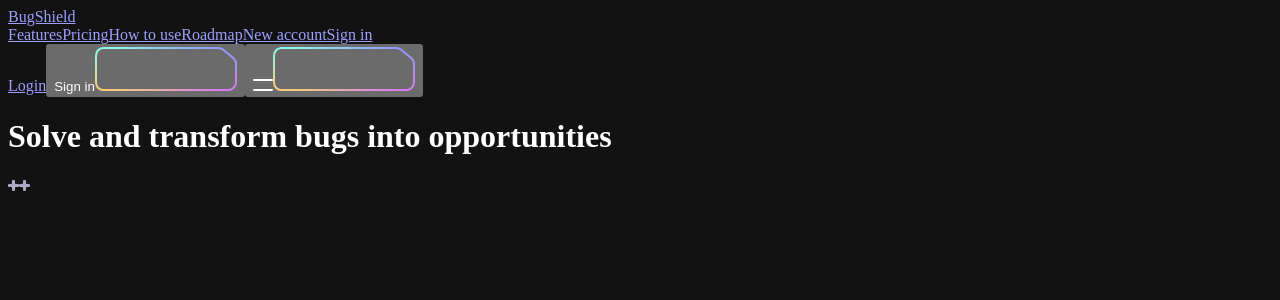
Repository: Bugbaunty/bug_bounty
Page: / (app in src/bug_bounty_frontend/)
An editor plug-in stored every save of this project. The page is shown before and after the next save, followed by the edit.
The browser window is 1280 px wide. The pictures show the whole page.
The project was rebuilt for these pictures with package versions that can differ from the ones it lists, and the page was loaded fresh each time.

Above is the page before, as saved 2024-04-28 14:40:57.

### src/bug_bounty_frontend/index.html
<!DOCTYPE html>
<html lang="en">
  <head>
    <meta charset="UTF-8" />
    <meta name="viewport" content="width=device-width" />
    <title>Bug Shield</title>
    <base href="/" />
    <link rel="icon" href="/favicon.ico" />
  </head>

  <body>
    <div id="root"></div>
    <script type="module" src="/src/main.tsx"></script>
  </body>
</html>

### src/bug_bounty_frontend/src/main.tsx
import React from "react";
import ReactDOM from "react-dom/client";
import App from "./App";
import "./index.scss";
import { BrowserRouter as Router } from "react-router-dom";

ReactDOM.createRoot(document.getElementById("root")).render(
  <React.StrictMode>
    <Router>
      <App />
    </Router>
  </React.StrictMode>
);

### src/bug_bounty_frontend/src/App.tsx
import { useState } from "react";
import React from "react";
import Button from "./components/utils/Button";
import ButtonGradient from "./assets/svg/ButtonGradient";
import Header from "./components/Header";
import Hero from "./components/landingPageSection/Hero";

function App() {
  const [greeting, setGreeting] = useState("");

  return (
    <div>
      <div className="pt-[4.75rem] lg:pt-[5.25rem]">
        <Header />
        <Hero />
      </div>
      <ButtonGradient />
    </div>
  );
}

export default App;

### src/bug_bounty_frontend/src/index.scss
@import url("https://fonts.googleapis.com/css2?family=Sora:wght@300;400;600&display=swap");
@import url("https://fonts.googleapis.com/css2?family=Source+Code+Pro:wght@400;600;700&display=swap");
@import url("https://fonts.googleapis.com/css2?family=Space+Grotesk:wght@300&display=swap");

@tailwind base;
@tailwind components;
@tailwind utilities;

:root {
  --font-sora: "Sora", sans-serif;
  --font-code: "Source Code Pro", monospace;
  --font-grotesk: "Space Grotesk", sans-serif;
  color-scheme: dark;
}

* {
  scroll-behavior: smooth;
  box-sizing: border-box;
}

@layer base {
  body {
    @apply font-sans bg-n-8 text-n-1 text-base;
  }
}

.rotate-45 {
  @apply rotate-[45deg];
}

.rotate-90 {
  @apply rotate-[90deg];
}

.rotate-135 {
  @apply rotate-[135deg];
}

.rotate-180 {
  @apply rotate-[180deg];
}

.rotate-225 {
  @apply rotate-[225deg];
}

.rotate-270 {
  @apply rotate-[270deg];
}

.rotate-315 {
  @apply rotate-[315deg];
}

.rotate-360 {
  @apply rotate-[360deg];
}

.-rotate-45 {
  @apply rotate-[-45deg];
}

.-rotate-90 {
  @apply rotate-[-90deg];
}

.-rotate-135 {
  @apply rotate-[-135deg];
}

.-rotate-180 {
  @apply rotate-[-180deg];
}

.-rotate-225 {
  @apply rotate-[-225deg];
}

.-rotate-270 {
  @apply rotate-[-270deg];
}

.-rotate-315 {
  @apply rotate-[-315deg];
}

.-rotate-360 {
  @apply rotate-[-360deg];
}

### src/bug_bounty_frontend/src/assets/svg/ButtonGradient.jsx
const ButtonGradient = () => {
  return (
    <svg className="block" width={0} height={0}>
      <defs>
        <linearGradient id="btn-left" x1="50%" x2="50%" y1="0%" y2="100%">
          <stop offset="0%" stopColor="#89F9E8" />
          <stop offset="100%" stopColor="#FACB7B" />
        </linearGradient>
        <linearGradient id="btn-top" x1="100%" x2="0%" y1="50%" y2="50%">
          <stop offset="0%" stopColor="#D87CEE" />
          <stop offset="100%" stopColor="#FACB7B" />
        </linearGradient>
        <linearGradient id="btn-bottom" x1="100%" x2="0%" y1="50%" y2="50%">
          <stop offset="0%" stopColor="#9099FC" />
          <stop offset="100%" stopColor="#89F9E8" />
        </linearGradient>
        <linearGradient
          id="btn-right"
          x1="14.635%"
          x2="14.635%"
          y1="0%"
          y2="100%"
        >
          <stop offset="0%" stopColor="#9099FC" />
          <stop offset="100%" stopColor="#D87CEE" />
        </linearGradient>
      </defs>
    </svg>
  );
};

export default ButtonGradient;

### src/bug_bounty_frontend/src/components/Header.tsx
import React, { useState } from "react";
import { navigation } from "../constants/index";
import { useLocation } from "react-router-dom";
import Button from "./utils/Button";
import MenuSvg from "../assets/svg/MenuSvg";
import { HamburgerMenu } from "./design/Header";
import { disablePageScroll, enablePageScroll } from "scroll-lock";

const Header = () => {
  const pathname = useLocation();
  const [openNavigation, setOpenNavigation] = useState<boolean>(false);
  const toggleNavigation = () => {
    if (openNavigation) {
      setOpenNavigation(false);
      enablePageScroll();
    } else {
      setOpenNavigation(true);
      disablePageScroll();
    }
  };

  const handleClick = () => {
    if (!openNavigation) return;
    enablePageScroll();
    setOpenNavigation(false);
  };
  return (
    <div
      className={`fixed top-0 left-0 w-full z-50  border-b border-n-6 ${
        openNavigation ? "bg-n-8" : "bg-n-8/90 backdrop-blur-sm"
      }  `}
    >
      <div className="flex  items-center py-5 px-5 lg:px-7.5 xl:px-10 max-lg:py-4">
        <a className="block w-[12rem] font-extrabold xl:mr-8" href="#hero">
          BugShield
        </a>
        <nav
          className={` ${
            openNavigation ? "flex" : "hidden"
          }  fixed top-[5rem] left-0 right-0 bottom-0 bg-n-8 lg:static lg:flex lg:mx-auto lg:bg-transparent `}
        >
          <div
            className={`relative z-2 flex ${
              openNavigation && "gap-[5rem] mt-4 w-full"
            } flex-col items-center justify-center m-auto lg:flex-row`}
          >
            {navigation.map((item) => (
              <a
                className={`block relative font-code text-sm lg:font-semibold  text-color-7 hover:text-n-1 transition-colors ${
                  item.onlyMobile ? "lg:hidden" : ""
                } px-6  lg:mr-0.25 lg:text-xs ${
                  item.url === pathname.hash
                    ? "z-2 lg:text-n-1"
                    : "lg:text-n-1/50"
                } lg:leading-5 `}
                key={item.id}
                href={item.url}
                onClick={() => handleClick()}
              >
                {item.title}
              </a>
            ))}
          </div>
          <HamburgerMenu />
        </nav>
        <a
          href="#signup"
          className="button hidden mr-8 text-color-7 transistion-colors hover:text-n-1 lg:block"
        >
          Login
        </a>
        <Button className="hidden lg:flex " href="#login" white="">
          Sign in
        </Button>

        <Button
          onClick={toggleNavigation}
          className="ml-auto lg:hidden"
          px="px-3"
        >
          <MenuSvg openNavigation={openNavigation} />
        </Button>
      </div>
    </div>
  );
};

export default Header;

### src/bug_bounty_frontend/src/components/landingPageSection/Hero.tsx
import React from "react";
import Section from "./Section";

const Hero = () => {
  return (
    <Section
      className="pt-12rem -mt-[5.25]"
      crosses
      crossesOffset="lg:translate-y-[5.25rem]"
      customPaddings
      id="hero"
    >
      <div className="container relative">
        <div className="relative  z-1 max-w-[62rem] mx-auto text-center md:mb-0 lg:mb-[6rem]">
          <h1 className="h3 mb-6 text-center">
            Solve and transform bugs into opportunities
          </h1>
        </div>
      </div>
    </Section>
  );
};

export default Hero;

### src/bug_bounty_frontend/src/components/utils/Button.tsx
import React from "react";
import ButtonSvg from "../../assets/svg/ButtonSvg";

interface Props {
  className?: string;
  onClick?: () => any;
  href?: string;
  children?: any;
  px?: string;
  white?: string;
}

const Button = ({ className, href, onClick, children, px, white }: Props) => {
  const classes = ` button relative inline-flex items-center
    justify-center h-11 transition-colors text-color-7 ${
      px || "px-7"
    } hover:text-n-1 ${className || ""}`;

  const spanClasses = "relative z-10";
  const renderButton = () => (
    <button onClick={onClick} className={classes}>
      <span className={spanClasses}>{children}</span>
      {ButtonSvg(white)}
    </button>
  );

  return renderButton();
};

export default Button;

### src/bug_bounty_frontend/src/components/design/Header.tsx
import { background } from "../../assets";

export const Rings = () => {
  return (
    <div className="absolute top-1/2 left-1/2 w-[51.375rem] aspect-square border border-n-2/10 rounded-full -translate-x-1/2 -translate-y-1/2">
      <div className="absolute top-1/2 left-1/2 w-[36.125rem] aspect-square border border-n-2/10 rounded-full -translate-x-1/2 -translate-y-1/2"></div>
      <div className="absolute top-1/2 left-1/2 w-[23.125rem] aspect-square border border-n-2/10 rounded-full -translate-x-1/2 -translate-y-1/2"></div>
    </div>
  );
};

export const SideLines = () => {
  return (
    <>
      <div className="absolute top-0 left-5 w-0.25 h-full bg-n-6"></div>
      <div className="absolute top-0 right-5 w-0.25 h-full bg-n-6"></div>
    </>
  );
};

export const BackgroundCircles = () => {
  return (
    <>
      <div className="absolute top-[4.4rem] left-16 w-3 h-3 bg-gradient-to-b from-[#DD734F] to-[#1A1A32] rounded-full"></div>
      <div className="absolute top-[12.6rem] right-16 w-3 h-3 bg-gradient-to-b from-[#B9AEDF] to-[#1A1A32] rounded-full"></div>
      <div className="absolute top-[26.8rem] left-12 w-6 h-6 bg-gradient-to-b from-[#88E5BE] to-[#1A1A32] rounded-full"></div>
    </>
  );
};

export const HamburgerMenu = () => {
  return (
    <div className="absolute inset-0 pointer-events-none lg:hidden">
      <div className="absolute inset-0 opacity-[.03]">
        {/* <img
          className="w-full h-full object-cover"
          src={background}
          width={688}
          height={953}
          alt="Background"
        /> */}
      </div>

      <Rings />

      <SideLines />

      <BackgroundCircles />
    </div>
  );
};

### src/bug_bounty_frontend/src/components/landingPageSection/Section.tsx
import React from "react";
import SectionSvg from "../../assets/svg/SectionSvg";

type props = {
  className?: any;
  id?: any;
  crosses?: any;
  crossesOffset?: any;
  customPaddings?: any;
  children?: any;
};

const Section = ({
  className,
  id,
  crosses,
  crossesOffset,
  customPaddings,
  children,
}: props) => {
  return (
    <div
      id={id}
      className={`relative ${
        customPaddings ||
        `py-10 lg:py-16 xl:py-20 ${crosses ? `lg:py-32 xl:py-40` : ``} ${
          className || ""
        } `
      }`}
    >
      {children}
      <div className="hidden absolute left-5 top-0 w-0 25 h-full bg-stroke-1 pointer-events-none md:block lg:left-7.5 xl:left-10"></div>
      <div className="hidden absolute left-5 top-0 w-0 25 h-full bg-stroke-1 pointer-events-none md:block lg:right-7.5 xl:right-10"></div>

      {crosses && (
        <>
          <div
            className={`hidden absolute top-0 left-7.5 right-7.5 h-0.25 bg-stroke-1 ${
              crossesOffset && crossesOffset
            } pointer-events-none lg:block xl:left-10 right-10`}
          />
          <SectionSvg crossesOffset={crossesOffset} />
        </>
      )}
    </div>
  );
};

export default Section;

### src/bug_bounty_frontend/src/assets/index.js
import brainwave from "./brainwave.svg";
import check from "./check.svg";
import brainwaveSymbol from "./brainwave-symbol.svg";
import brainwaveWhiteSymbol from "./brainwave-symbol-white.svg";
import play from "./play.svg";
import gradient from "./gradient.png";
import smallSphere from "./4-small.png";
import grid from "./grid.png";
import check2 from "./check-02.svg";
import loading1 from "./loading-01.svg";
import yourlogo from "./yourlogo.svg";
import homeSmile from "./home-smile.svg";
import file02 from "./file-02.svg";
import searchMd from "./search-md.svg";
import plusSquare from "./plus-square.svg";
import recording03 from "./recording-03.svg";
import recording01 from "./recording-01.svg";
import disc02 from "./disc-02.svg";
import chromecast from "./chrome-cast.svg";
import sliders04 from "./sliders-04.svg";
import loading from "./loading.png";
import background from "./background.jpg";

import curve from "./hero/curve.png";
import robot from "./hero/robot.jpg";
import heroBackground from "./hero/hero-background.jpg";

import curve1 from "./collaboration/curve-1.svg";
import curve2 from "./collaboration/curve-2.svg";
import discord from "./collaboration/discord.png";
import figma from "./collaboration/figma.png";
import framer from "./collaboration/framer.png";
import notion from "./collaboration/notion.png";
import photoshop from "./collaboration/photoshop.png";
import protopie from "./collaboration/protopie.png";
import raindrop from "./collaboration/raindrop.png";
import slack from "./collaboration/slack.png";

import service1 from "./services/service-1.png";
import service2 from "./services/service-2.png";
import service3 from "./services/service-3.png";

import lines from "./pricing/lines.svg";
import stars from "./pricing/stars.svg";

import coins from "./roadmap/coins.png";
import done from "./roadmap/done.svg";
import hero from "./roadmap/hero.png";
import roadmap1 from "./roadmap/image-1.png";
import roadmap2 from "./roadmap/image-2.png";
import roadmap3 from "./roadmap/image-3.png";
import roadmap4 from "./roadmap/image-4.png";
import undone from "./roadmap/undone.svg";

import notification1 from "./notification/image-1.png";
import notification2 from "./notification/image-2.png";
import notification3 from "./notification/image-3.png";
import notification4 from "./notification/image-4.png";

import benefitCard1 from "./benefits/card-1.svg";
import benefitCard2 from "./benefits/card-2.svg";
import benefitCard3 from "./benefits/card-3.svg";
import benefitCard4 from "./benefits/card-4.svg";
import benefitCard5 from "./benefits/card-5.svg";
import benefitCard6 from "./benefits/card-6.svg";
import benefitIcon1 from "./benefits/icon-1.svg";
import benefitIcon2 from "./benefits/icon-2.svg";
import benefitIcon3 from "./benefits/icon-3.svg";
import benefitIcon4 from "./benefits/icon-4.svg";
import benefitImage2 from "./benefits/image-2.png";

import discordBlack from "./socials/discord.svg";
import facebook from "./socials/facebook.svg";
import instagram from "./socials/instagram.svg";
import telegram from "./socials/telegram.svg";
import twitter from "./socials/twitter.svg";

export {
  brainwave,
  check,
  check2,
  loading1,
  brainwaveSymbol,
  brainwaveWhiteSymbol,
  play,
  gradient,
  smallSphere,
  grid,
  yourlogo,
  homeSmile,
  file02,
  searchMd,
  plusSquare,
  recording03,
  recording01,
  disc02,
  chromecast,
  sliders04,
  loading,
  background,
  curve,
  robot,
  heroBackground,
  curve1,
  curve2,
  discord,
  figma,
  framer,
  notion,
  photoshop,
  protopie,
  raindrop,
  slack,
  service1,
  service2,
  service3,
  lines,
  stars,
  coins,
  done,
  hero,
  roadmap1,
  roadmap2,
  roadmap3,
  roadmap4,
  undone,
  notification1,
  notification2,
  notification3,
  notification4,
  benefitCard1,
  benefitCard2,
  benefitCard3,
  benefitCard4,
  benefitCard5,
  benefitCard6,
  benefitIcon1,
  benefitIcon2,
  benefitIcon3,
  benefitIcon4,
  benefitImage2,
  discordBlack,
  facebook,
  instagram,
  telegram,
  twitter,
};

### src/bug_bounty_frontend/src/assets/svg/ButtonSvg.jsx
const ButtonSvg = (white) => (
  <>
    <svg
      className="absolute top-0 left-0"
      width="21"
      height="44"
      viewBox="0 0 21 44"
    >
      <path
        fill={white ? "white" : "none"}
        stroke={white ? "white" : "url(#btn-left)"} // mentioned in ButtonGradient.jsx
        strokeWidth="2"
        d="M21,43.00005 L8.11111,43.00005 C4.18375,43.00005 1,39.58105 1,35.36365 L1,8.63637 C1,4.41892 4.18375,1 8.11111,1 L21,1"
      />
    </svg>
    <svg
      className="absolute top-0 left-[1.3125rem] w-[calc(100%-2.625rem)]"
      height="44"
      viewBox="0 0 100 44"
      preserveAspectRatio="none"
      fill={white ? "white" : "none"}
    >
      {white ? (
        <polygon
          fill="white"
          fillRule="nonzero"
          points="100 0 100 44 0 44 0 0"
        />
      ) : (
        <>
          <polygon
            fill="url(#btn-top)" // mentioned in ButtonGradient.jsx
            fillRule="nonzero"
            points="100 42 100 44 0 44 0 42"
          />
          <polygon
            fill="url(#btn-bottom)" // mentioned in ButtonGradient.jsx
            fillRule="nonzero"
            points="100 0 100 2 0 2 0 0"
          />
        </>
      )}
    </svg>
    <svg
      className="absolute top-0 right-0"
      width="21"
      height="44"
      viewBox="0 0 21 44"
    >
      <path
        fill={white ? "white" : "none"}
        stroke={white ? "white" : "url(#btn-right)"} // mentioned in ButtonGradient.jsx
        strokeWidth="2"
        d="M0,43.00005 L5.028,43.00005 L12.24,43.00005 C16.526,43.00005 20,39.58105 20,35.36365 L20,16.85855 C20,14.59295 18.978,12.44425 17.209,10.99335 L7.187,2.77111 C5.792,1.62675 4.034,1 2.217,1 L0,1"
      />
    </svg>
  </>
);

export default ButtonSvg;

Loaded but not shown: src/bug_bounty_frontend/src/constants/index.ts (common file); src/bug_bounty_frontend/src/assets/svg/MenuSvg.jsx (common file); src/bug_bounty_frontend/src/assets/svg/SectionSvg.jsx (common file); src/bug_bounty_frontend/src/assets/svg/PlusSvg.jsx (common file)

After the next save:
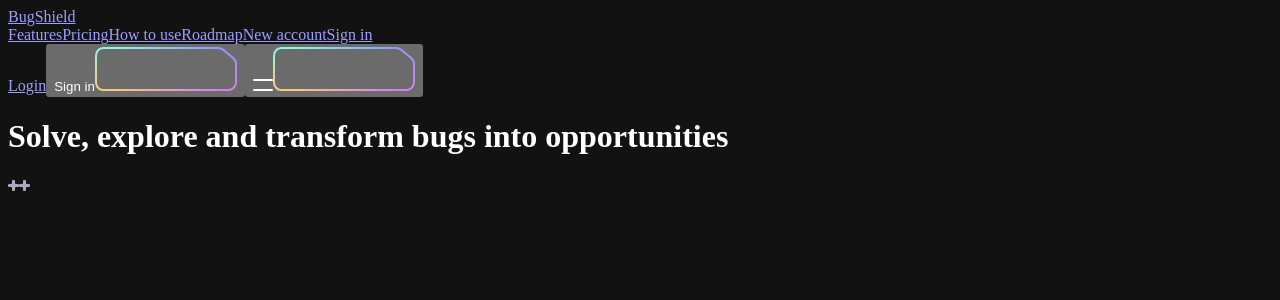
Saved 2 min 50 s later.
--- a/src/bug_bounty_frontend/src/components/landingPageSection/Hero.tsx
+++ b/src/bug_bounty_frontend/src/components/landingPageSection/Hero.tsx
@@ -13,7 +13,7 @@
       <div className="container relative">
         <div className="relative  z-1 max-w-[62rem] mx-auto text-center md:mb-0 lg:mb-[6rem]">
           <h1 className="h3 mb-6 text-center">
-            Solve and transform bugs into opportunities
+            Solve, explore and transform bugs into opportunities
           </h1>
         </div>
       </div>

After the save that followed:
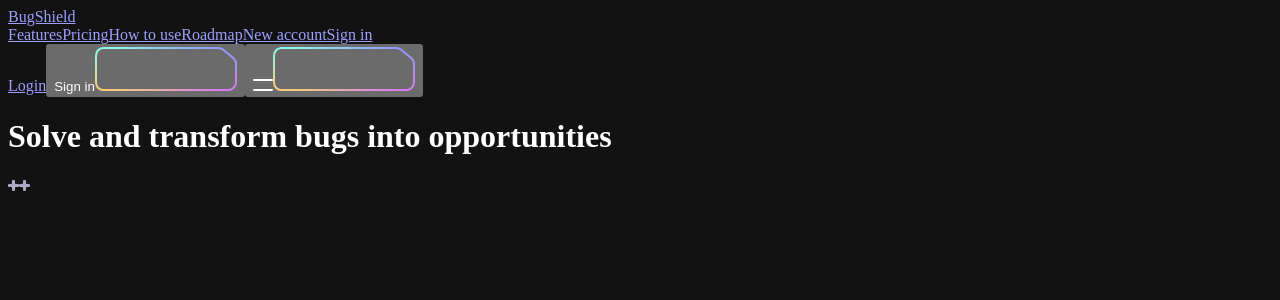
Saved 17 s later.
--- a/src/bug_bounty_frontend/src/components/landingPageSection/Hero.tsx
+++ b/src/bug_bounty_frontend/src/components/landingPageSection/Hero.tsx
@@ -13,7 +13,7 @@
       <div className="container relative">
         <div className="relative  z-1 max-w-[62rem] mx-auto text-center md:mb-0 lg:mb-[6rem]">
           <h1 className="h3 mb-6 text-center">
-            Solve, explore and transform bugs into opportunities
+            Solve and transform bugs into opportunities
           </h1>
         </div>
       </div>
